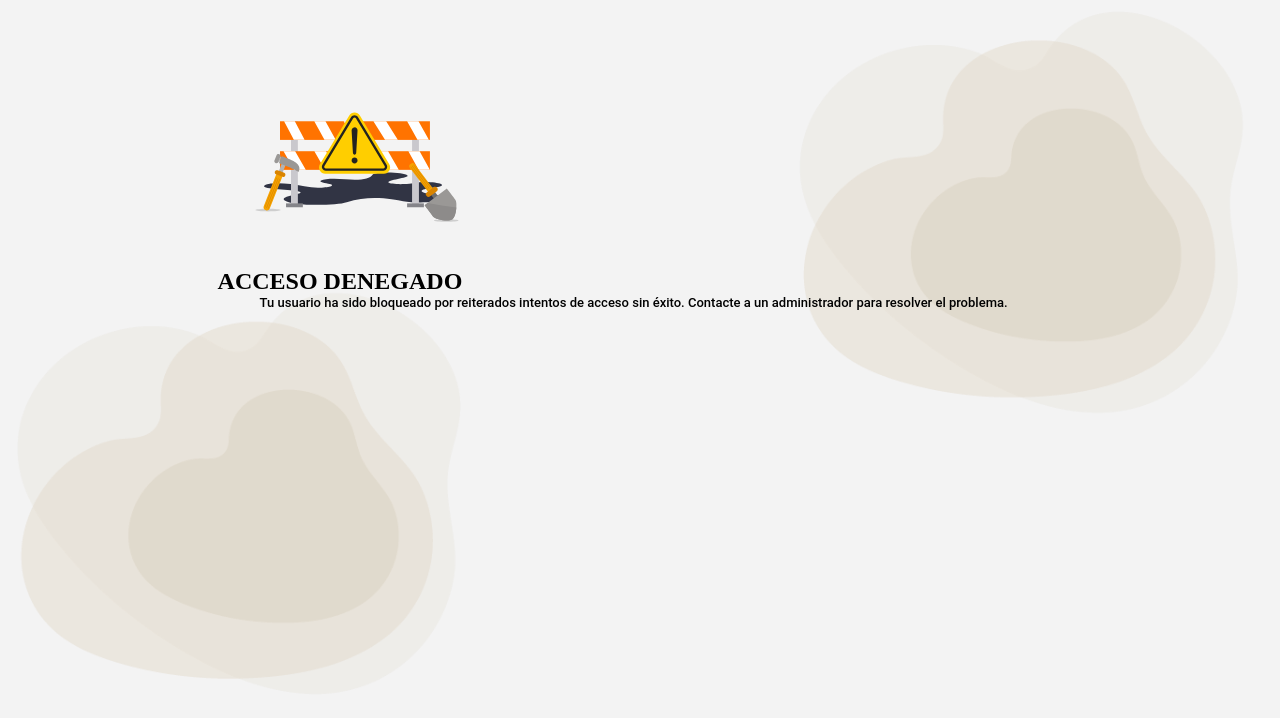
Repository: AlejandraBarrachina23/TPIntegrador_Barrachina_Java
Page: http://localhost/Alejandra_Barrachina_TP_Integrador1/error404.jsp
The author's editor kept a copy of each file at every save. The page is drawn from the files as they stood at one save, then again after the next save.
The browser window is 1280 px wide. The pictures show the whole page.
Some web libraries are served in a nearby version. The page is served by Tomcat 9. Nobody is signed in. The application's start-up code is not run. Other server files are loaded and not shown.

Above is the page before, as saved 2019-12-04 22:02:55.

### Alejandra_Barrachina_TP_Integrador1/WebContent/error404.jsp

<%@ page language="java" contentType="text/html; charset=ISO-8859-1"
    pageEncoding="ISO-8859-1"%>
<!DOCTYPE html>
<html>
<head>
<meta charset="ISO-8859-1">

<script src="https://kit.fontawesome.com/735f5623c2.js" crossorigin="anonymous"></script>
<link href="estilos.css" type="text/css" rel=stylesheet>
</head>
<body>

<div id="error-404">
		<img src="img/404.svg" alt="icono-advertencia" class="icono-advertencia">
		<h2>ACCESO DENEGADO</h2>
		<p>Tu usuario ha sido bloqueado por reiterados intentos de acceso sin éxito. Contacte a un administrador para resolver el problema.</p>
</div>

</body>
</html>

### Alejandra_Barrachina_TP_Integrador1/WebContent/estilos.css
@charset "ISO-8859-1";


* {
	padding:0px;
	margin:0px;
	border:0px;
}

body {
		background-color:#f3f3f3;
		background-image: url(iconos/fondo.png);
		background-repeat: no-repeat;
 		background-size: cover;

}


/*=============================================================
      FORMULARIO LOGIN
 ============================================================== */


 #form-login, #error-404{

	width:65%;
 	margin	: 5% 17%;

}

#form-login-right, #form-login-left {


	height:750px;
	float:left;
	background-color:#F9FBFC;

}

#form-login-left {

	width:65%;
	border-top-left-radius: 20px;
	border-bottom-left-radius: 20px;
	box-shadow: 0px 18px 10px -6px rgba(0,0,0,0.31);
	opacity:0.9;
}

#form-login-left img {

	width:90%;
	padding	: 10% 5%;

}

#form-login-right {

	width:33%;
	border-top-right-radius: 20px;
	border-bottom-right-radius: 20px;
	box-shadow: 13px 14px 10px -6px rgba(0,0,0,0.31);
	opacity:0.8;

}


h1 {

		font-size:50px;
		font-family: 'Bebas Neue', cursive;
		color:#2C5060;
		margin-top:30%;
		text-align:center;
}

p, #form-login-right a {

	font-family: 'Roboto', sans-serif;
	font-weight: 500;
	font-size: 13px;
	color:black;
	text-align:center;
}

.text-box {

	border-bottom: 1px solid black;
	width:250px;
	text-align: center;
	margin-left:12%;
}

.text-box i {

	float:left;
	color: #2C5060;
	padding:7px;
}

#form-login-right [type="text"], #form-login-right [type="password"]{

	padding:5px;
	width:180px;
	border:none;
	outline:none;
	background-color:#FAFCFD;
	font-family: 'Oswald', sans-serif;

}

.main-button {

	background-color: #2C5060;
	color:white;
	width:35%;
	font-size:15px;
	border-style:none;
	padding:5px;
	border-radius: 15px;
	border: 0px solid #000000;
	box-shadow: 10px 10px 25px -13px rgba(0,0,0,0.75);
	font-family: 'Oswald', sans-serif;
	margin-left: 50%;

}

.main-button:hover {

	background-color: #1a6373;
}

.iconos-redes {

	width:5%;

}


#login-informacion {

	width:90%;
	padding:5%;

}


#login-informacion a{

	font-family: 'Oswald', sans-serif;
	font-size:15px;
	margin-left:48%;
}

#login-contacto{

	margin-top:50%;
	text-align:center;
}


#login-contacto p {

	font-size:18px;
	font-family: 'Oswald', sans-serif;

}

#login-recuperacion{

	padding-top:20%;
	text-align:center;

}

.restart-button{

	background-color: #2C5060;
	color:white;
	width:35%;
	font-size:15px;
	border-style:none;
	padding:5px;
	border-radius: 15px;
	border: 0px solid #000000;
	box-shadow: 10px 10px 25px -13px rgba(0,0,0,0.75);
	font-family: 'Oswald', sans-serif;

}

#form-advertencia {

	width:100%;
	text-align:center;
	margin-top:50%;
	color:#E16C78;
	font-family: 'Oswald', sans-serif;

}

.icono-advertencia{

	margin-top:15%;
	padding:2%;
	width:30%;
	margin: 0 auto;

}

#form-advertencia p {

	color:#E16C78;
	font-size: 15px;
}

.blue{

	color:#30A9E3;
}


 /*=======================
      FORMULARIO INDEX
 ========================= */

 .section-principal{

	float:left;
	height:1100px;
	width:90%;
	background-color:#f3f3f3;
	color:black;
	text-align:center;
	margin-left:10%;
}

.section-principal select {

	font-family: 'Oswald', sans-serif;
	border:1px solid black;
	margin:5px;
	padding:2px;
	color:black;
}

.section-principal input{

	width:15%;
	padding:5px;
	border:1px solid black;
	font-family: 'Oswald', sans-serif;
}

.section-principal label{

	font-size:18px;
	font-family: 'Oswald', sans-serif;

}

.section-principal a{

	color:black;

}


nav {

	background-color:#2C5060;
	font-family: 'Francois One', sans-serif;
	width:10%;
	height:950px;
	font-size:15px;
	float:left;
	position:fixed;

}

 ul {

	list-sytle: none;
	width:100%;
}

a {

	text-decoration:none;
	color:white;

}

li:hover {

	border-left: solid 4px #2896BC;
	background-color: #2F5866;
	transition: background-color 0.3s;
	transition: border 0.3s;

}

ul li {

	border-left: solid 4px #2C5060;
	font-family: 'Oswald', sans-serif;
	padding:15px;
	border-bottom: 1px solid #2D5C6D;


}

.icon{

	width:13%;
	padding-right:5px;

}


#icon-usuario{

	width:40%;
}

li .icon{

	float:left;

}


#user {

	width:100%;
	margin-top:40%;
	text-align:center;
	padding: 10% 0%;
	border-bottom: 1px solid #2D5C6D;

}

#user h2{

	color:#fff;

}

#user p, #header-user p {

	font-size:15px;
	color:#fff;
	padding:8px;
	font-family: 'Oswald', sans-serif;
}

 /*=======================
      FORMULARIO ALUMNOS
 ========================= */


#logo{

	width:30%;
	height:150px;
	border-bottom: 1px solid white;
	color:white;
	text-align:center;
	margin-top:30px;
}

#alumnos-principal {

	background-color:#fff;
	width:83%;
	margin-left: 200px;
	height:300px;
	box-shadow: 10px 10px 25px -13px rgba(0,0,0,0.75);

}

#form-agregar-usuario {

	background-color: white;
	width:95%;
	height:200px;
	margin:20px;
	padding:10px;
	box-shadow: 10px 10px 25px -13px rgba(0,0,0,0.75);
	display: none;


}

#form-listado-alumnos,#form-cursos,#form-listado-calificaciones {

	background-color: white;
	width:97%;
	height:970px;
	margin:20px;
	padding:10px;
	box-shadow: 10px 10px 25px -13px rgba(0,0,0,0.75);

}

#form-cursos{

	background-color:#f3f3f3;
	box-shadow: none;
}

#btn-flecha {

	background-image: url("iconos/flecha.png");
	background-repeat: no-repeat;
	width:25px;
	height:25px;
	background-color:#2C5060;
	border: 0;
	float:right;

}

.dato {

	float:left;
	margin: 10px;
	width:23%;


}

.dato input {

		width: 200px;
		background: #f3f3f3;
		font: inherit;
		box-shadow: 0 6px 10px 0 rgba(0, 0, 0 , .1);
		border: 0;
		outline: 0;
		padding: 8px;

}

.encabezados {

	background-color:#2C5060;
	color:white;
	padding:10px;
	margin:10px;
	font-family: 'Oswald', sans-serif;

}



h3 {

	display:inline;

}

label {

	color:#2C5060;
	font-family: 'Open Sans', sans-serif;
	font-weight: 600;
	font-size: 10px;
}

.flecha {

	float:right;
}

.content-table{

	border-collapse:collapse;
	margin:20px 10px;
	font-size:0.9em;
	width:99%;
	min-width:600px;
	box-shadow: 7px 9px 23px -13px rgba(0,0,0,0.93);
	font-family: 'Roboto', sans-serif;

}

.content-table-cursos{

	border-collapse:collapse;
	margin:20px 10px;
	font-size:0.9em;
	width:50%;
	min-width:600px;
	box-shadow: 7px 9px 23px -13px rgba(0,0,0,0.93);
	font-family: 'Roboto', sans-serif;
}

.content-table th, .content-table-cursos {

	background-color:#2C5060;
	color:white;
	font-weight: 600;
	padding:12px;



}

.content-table tr,
.content-table td {

	padding:5px 5px;

}

.content-table td {

	border-bottom: 1px solid #dddddd;

}

.content-table tr:nth-of-type(even) {

	background-color:#f3f3f3;

}

.content-table tr:last-of-type {

	border-bottom: 3px solid #2C5060;

}

.content-table-cursos .content-fileter{

	width:50%;

}

.content-filter {

	background-color:#f3f3f3;
	width:100%;
	text-align:center;
	padding:10px;


}

.pie-pagina{

	float:left;
	margin-top:20px;
	text-align:right;
	width:100%;
}

 /*=======================
      FORMULARIO ALUMNOS
 ========================= */

#section-index{

	float:left;
	height:900px;
	width:100%;
	margin:1px 1px;
	text-align:center;

}

#index-encabezado{

	background-color:#2C5060;
	text-align:center;
	height:295px;
	width:100%;

}

#section-index img {

	width:50%;

}

#index-descripcion {

	box-shadow: 10px 10px 25px -13px rgba(0,0,0,0.75);
	font-family: 'Roboto', sans-serif;
	background-color:#fff;
}


#index-descripcion-encabezado{

	text-align:center;
	background-color:#fff;

}

#index-descripcion-encabezado img{

	width:50%;

}

#index-descripcion-encabezado h2{

	font-size:50px;
	font-family: 'Francois One', sans-serif;
	color:#2C5060;

}

#index-descripcion-encabezado p{

	font-size:15px;
	font-family: 'Francois One', sans-serif;
	color:#2C5060;

}

#index-descripcion-contenido{

	text-align:center;
	height:430px;
	padding-left:220px;
}

#index-descripcion-contenido-profesores{


	height:430px;
	width:100%;


}

#index-descripcion-contenido-profesores .index-item-descripcion{

	width:18%;
	height:300px;
	float:left;
	margin-left:40%;

}

.index-item-descripcion {

	width:18%;
	height:300px;
	float:left;
	margin:30px;

}

.index-item-descripcion img {

	width:40%;
	padding:0% 20%;
	margin:0% 5%;
}

.index-item-descripcion h3 {

	font-size:25px;
	font-family: 'Oswald', sans-serif;

}

.index-item-descripcion p {

	font-size:15px;

}

.btn-index {

	padding:10px;
	margin:10px 38px;
	background-color: #2C5060;
	font-family: 'Oswald', sans-serif;
	font-size:20px;
	color:#fff;
	width:60%;
	box-shadow: 10px 10px 25px -13px rgba(0,0,0,0.75);
	float:left;
	text-align:center;

}

.modal-fondo {

	background: rgba(0,0,0,0.3);
	position:fixed;
	top:0;
	bottom:0;
	left:0;
	right:0;
	display:flex;
	align-items:center;
	justify-content:center;
	visibility:hidden;

}

.modal-fondo.active{

	visibility:visible;
}

.modal-contenido {

	background-color:#fff;
	box-shadow: 10px 10px 25px -13px rgba(0,0,0,0.75);
	width:20%;
	border: 3px solid #2C5060;
	padding-bottom: 15px;
}

.modal-contenido .btn-modal {

	width:30%;
	color:white;
	background-color: #2C5060;
	font-size:20px;
	padding:5px;
	margin:5px;

}

.modal-contenido [type="text"] {

	width:70%;
	font-size: 13px;
	margin-bottom:15px;

}

.modal-contenido h3 {

	font-size: 20px;
	font-family: 'Oswald', sans-serif;
	background-color:#2C5060;
	display:block;
	color:#fff;
	padding:8px;

}

.modal-contenido label {

	font-size: 15px;
	font-family: 'Roboto', sans-serif;
}

.modal-contenido select, .modal-contenido [type="date"], .modal-contenido [type="email"], .modal-contenido [type="number"] {

	font-family: 'Oswald', sans-serif;
	border:1px solid black;
	margin:5px;
	padding:2px;
	width:74%;
	padding:1%;
	color:black;

}

.modal-contenido [type="date"], .modal-contenido [type="email"], .modal-contenido [type="number"]{

	width:71%;

}

.opciones {

	color:black;
	background-color:#fff;

}

.btnFormulario {

	width:12%;
	padding:10px;
	font-size: 15px;
	font-family: 'Oswald', sans-serif;
	border-radius: 8px;
	background-color:#2C5060;
	color:white;
	float:right;
	border:0;
	margin:8px;
}

td .btn-modificar {

	width:22%;
	height:32px;
	background-image:url(iconos/modificar.png);
	background-repeat: no-repeat;
	border:none;
	background-color:inherit;
}

td .btn-eliminar {

	width:22%;
	height:32px;
	background-image:url(iconos/borrar.png);
	background-repeat: no-repeat;
	border:none;
	background-color:inherit;

}

td .btn-mostrar {

	width:12%;
	height:32px;
	background-color:blue;
	background-image:url(iconos/mostrar.png);
	background-repeat: no-repeat;
	border:none;
	background-color:inherit;
}

td .btn-calificaciones {

	width:12%;
	height:32px;
	background-image:url(iconos/notas.png);
	background-repeat: no-repeat;
	border:none;
	background-color:inherit;
}

/*=============================================================
      FORMULARIO CURSOS
 ============================================================== */

#form-curso-izquierda{

	background-color: #fff;
	width:38%;
	float:left;
	color:black;
	padding:0px 5%;
	box-shadow: 10px 10px 25px -13px rgba(0,0,0,0.75);
}

#form-curso-derecha{

	width:38%;
	float:left;
	box-shadow: 10px 10px 25px -13px rgba(0,0,0,0.75);
	padding:5px 5%;
	margin-left:2%;
	background-color:#fff;

}

#form-curso-izquierda [type="text"], #form-curso-izquierda select{

	padding:5px;
	width:180px;
	background-color:#FAFCFD;
	font-family: 'Roboto', sans-serif;
	font-size: 12px;
	color:black;

}

#form-curso-izquierda label {

	font-size:18px;
	display: block;
	witdh:20px;
}

.form-cursos-encabezado-izquierda{

	background-color: #2C5060;
	width:100%;
	margin: 20px 0px;
	padding:1px;


}

.form-cursos-encabezado-izquierda h2{

	color:white;
	padding:2px;
	font-family: 'Oswald', sans-serif;
}

#form-curso-derecha #listado-alumnos {

	text-align:center;
	width:100%;

}

#form-curso-derecha #listado-alumnos li {

	font-size:15px;
	padding:0;
	width:20%;
	border:none;
	background-color:none;
	margin-left:40%;
	list-style: none;



}

#form-curso-derecha #listado-alumnos li:hover {

	background-color:white;
}

/*=============================================================
      FORMULARIO CALIFICACIONES
 ============================================================== */

.busqueda-califaciones{

	width:98%;
	margin:1%;
	box-shadow: 0px 18px 10px -6px rgba(0,0,0,0.31);
	background-color:#fff;
	padding-bottom:2%;

}

.busqueda-califaciones h2{

	width:99%;
	background-color:blue;
	color:#fff;
	background-color:#2C5060;
	font-family: 'Oswald', sans-serif;
	padding:0.5%;
	margin-bottom:1%;

}

#form-listado-calificaciones h2{

	color:#fff;
	background-color:#2C5060;
	font-family: 'Oswald', sans-serif;
	width:99%;
	padding:0.5%;

}


/*=============================================================
      FORMULARIO REPORTES
 ============================================================== */


#form-reportes{

	background-color: #f3f3f3;
	width:97%;
	height:970px;
	margin:20px;
	padding:10px;

}

#form-reportes-fila-uno{

	width:85%;
	height:250px;
	padding-left: 15%;

}

.fila-uno-items{

	width:15%;
	height:190px;
	float:left;
	margin:1%;
	box-shadow: 0px 18px 10px -6px rgba(0,0,0,0.31);
	background-color:#fff;
	padding:1%;
	border-radius:10px;

}

.fila-uno-items img {

	width:40%;
	padding:3%;


}

.fila-uno-items h2 {

	font-family: 'Oswald', sans-serif;
	font-size:20px;

}

.fila-uno-items p {

	font-size:25px;
	font-family: 'Francois One', sans-serif;
	color:#2C5060;

}

.fila-uno-items-pie{

	padding:2%;
	margin-left:25%;
}

.fila-uno-items-pie img {

	width:12%;
	float:left;
}


.fila-uno-items-pie p {

	font-size:20px;
	float:left;

}

#form-reportes-fila-dos{

	width:100%;
	margin-top:3%;
	height:500px;


}

.form-reportes-graficos{

	width:25%;
	background-color:#fff;
	float:left;
	box-shadow: 0px 18px 10px -6px rgba(0,0,0,0.31);
	margin:3% 1%;
	padding:3%;
	border-radius:5px;
}

.form-reportes-graficos h3 {

	font-family: 'Oswald', sans-serif;
	margin:5%;
}

#form-reportes-fila-dos h2, #form-reportes-fila-tres h2{

	font-family: 'Oswald', sans-serif;
	background-color:#2C5060;
	color:white;
	width:99.5%;
	padding:0.5%;

}

.fila-uno-items-pie{

	border-top: 1px solid #f3f3f3;

}

#form-reportes-fila-tres {

	width:100%;
	heigth:300px;

}

.reporte-fila-tres-promedio{

	width:39%;
	float:left;
	text-align:center;
	margin:0.5%;
	background-color:#fff;
	box-shadow: 0px 18px 10px -6px rgba(0,0,0,0.31);
	padding:0.5% 5%;

}

.reporte-fila-tres-promedio h3{

	font-family: 'Oswald', sans-serif;
}

#form-reportes-fila-tres .content-table {

	width:100%;
	float:left;
	padding:20px;
	margin:3% 6%;

}

.resultado-busqueda{

	width:98%;
	heigth:500px;
	background-color:#fff;
	overflow:hidden;
	margin-left:1%;
}

.resultado-busqueda-asistencias{

	width:98%;
	heigth:500px;
	overflow:hidden;
	margin-left:1%;

}

.tabla-resultado-busqueda{

	width:60%;
	float:left;
	margin: 1% 20%;

}

.resultado-busqueda-asistencias .tabla-resultado-busqueda{

	width:30%;
	float:left;
	margin: 1% 20%;
}


.titulos {

	background-color:#2C5060;
	color:#fff;
	padding:0.5%;
	font-family: 'Oswald', sans-serif;

}

.form-reportes-graficos-asistencias{

	width:30%;
}


.form-reportes-graficos-asistencias h3{

	font-family: 'Oswald', sans-serif;
}

.resultado-busqueda-asistencias .graficos-resultado-busqueda .form-reportes-graficos-asistencias{

	margin-left:35%;
	margin-top:1%;
}

.resultado-busqueda-asistencias .tabla-resultado-busqueda{

	margin-left:32%;
	margin-top:1%;
}

Loaded but not shown: Alejandra_Barrachina_TP_Integrador1/WebContent/img/404.svg (5837 lines, source omitted)

After the next save:
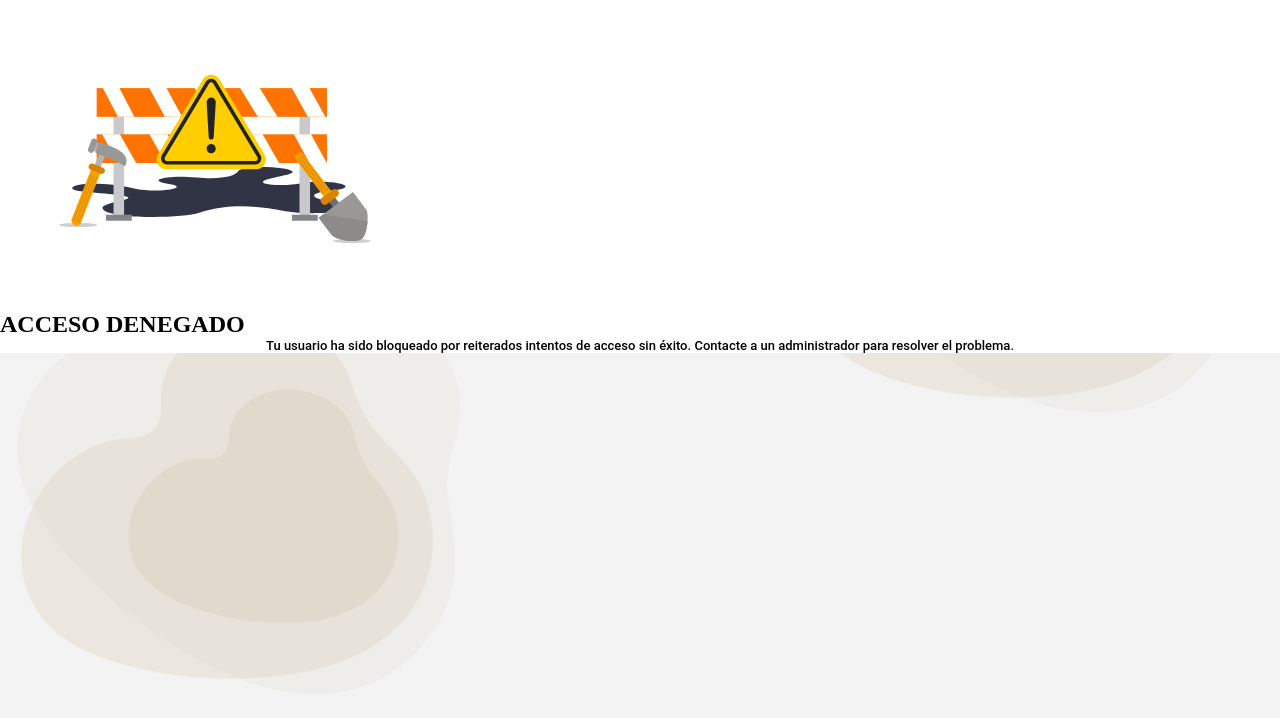
Saved 23 s later.
--- a/Alejandra_Barrachina_TP_Integrador1/WebContent/estilos.css
+++ b/Alejandra_Barrachina_TP_Integrador1/WebContent/estilos.css
@@ -20,8 +20,12 @@ body {
       FORMULARIO LOGIN
  ============================================================== */
 
-
- #form-login, #error-404{
+ #error-404 {
+
+ 	background-color:#fff;
+ }
+
+ #form-login {
 
 	width:65%;
  	margin	: 5% 17%;
